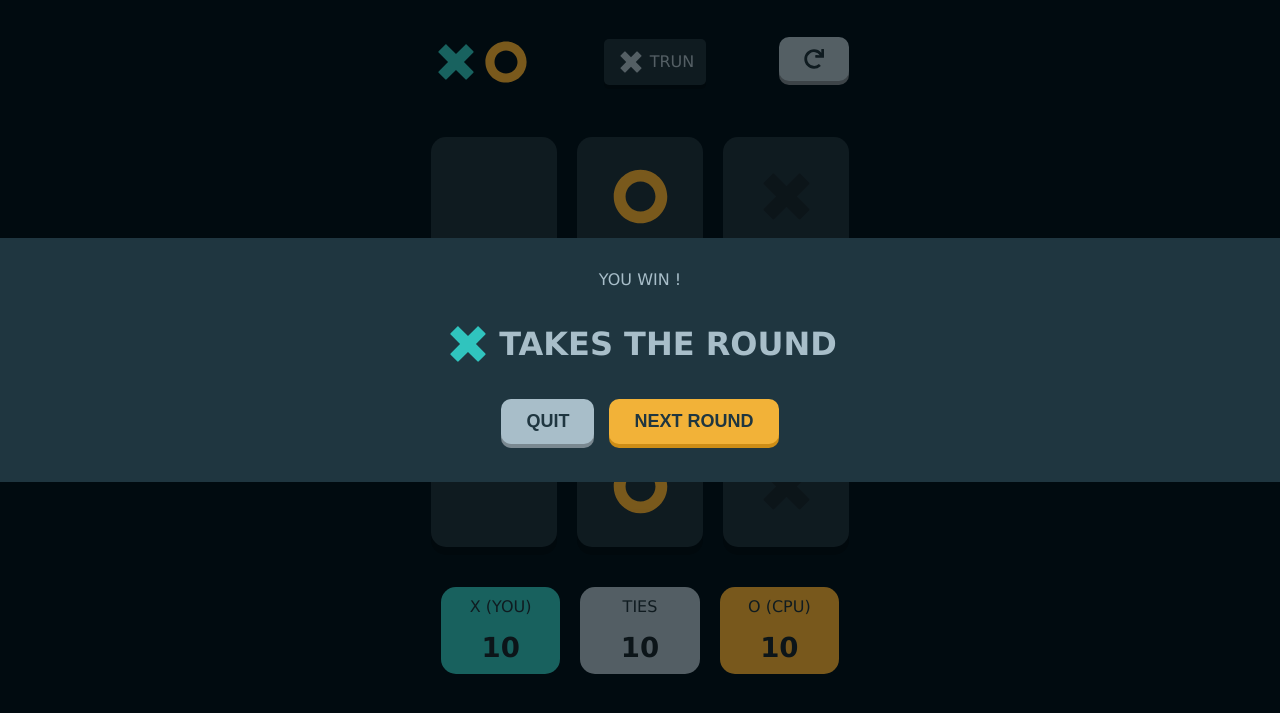
Repository: SD-Mdouka/XO_GAME
Page: /
These files come from the project's save history. The page is drawn as it stood at one moment and after the next save; the edit follows.
The browser window is 1280 px wide. The pictures show the whole page.
The project was rebuilt for these pictures with package versions that can differ from the ones it lists, and the page was loaded fresh each time. Also part of the build but not shown: src/component/modal/Restart.js, src/component/start/Start.js.

Above is the page before, as saved 2022-08-30 10:35:22.

After the next save:
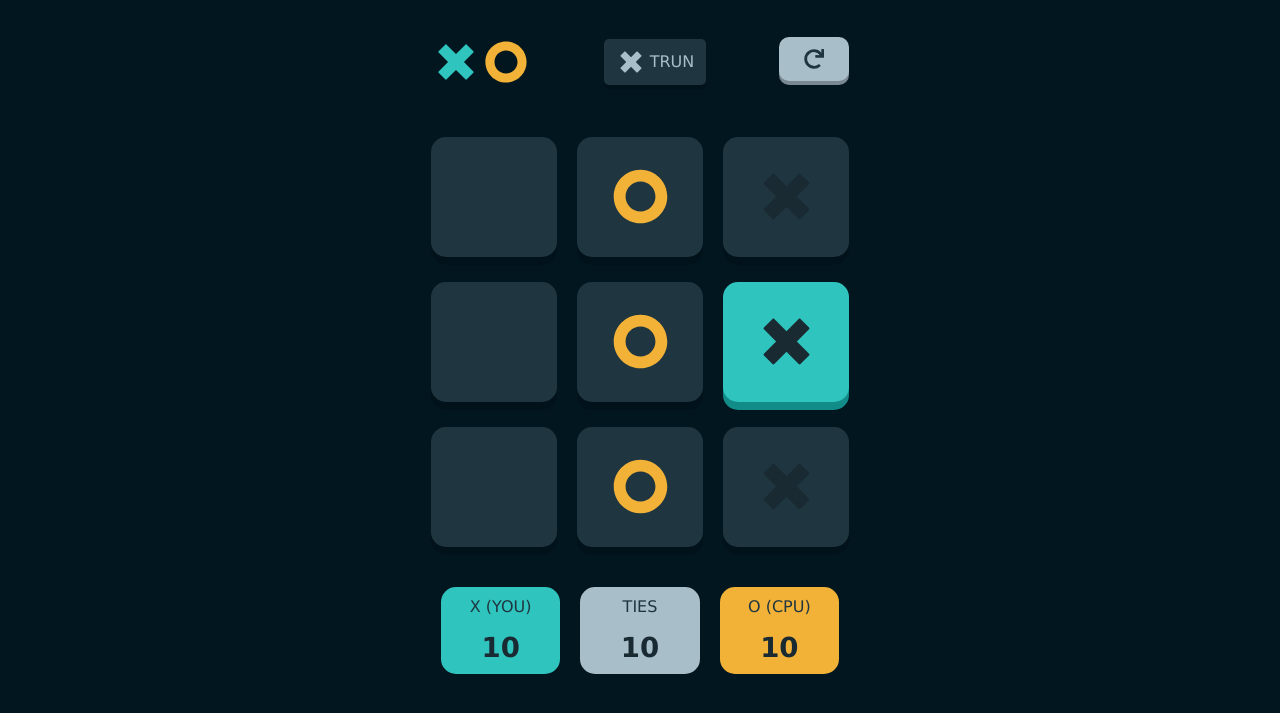
Saved 77 s later.
--- a/src/component/context/ModalContext.js
+++ b/src/component/context/ModalContext.js
@@ -3,7 +3,7 @@ import { createContext, useState } from "react";
 const ModalContext = createContext();
 
 const ModalState = (props) => {
-  const [show, setShow] = useState(true);
+  const [show, setShow] = useState(false);
   const [mode, setMode] = useState("winner"); // winer , start
   const showModal = () => setShow(true);
   const hideModal = () => setShow(false);
